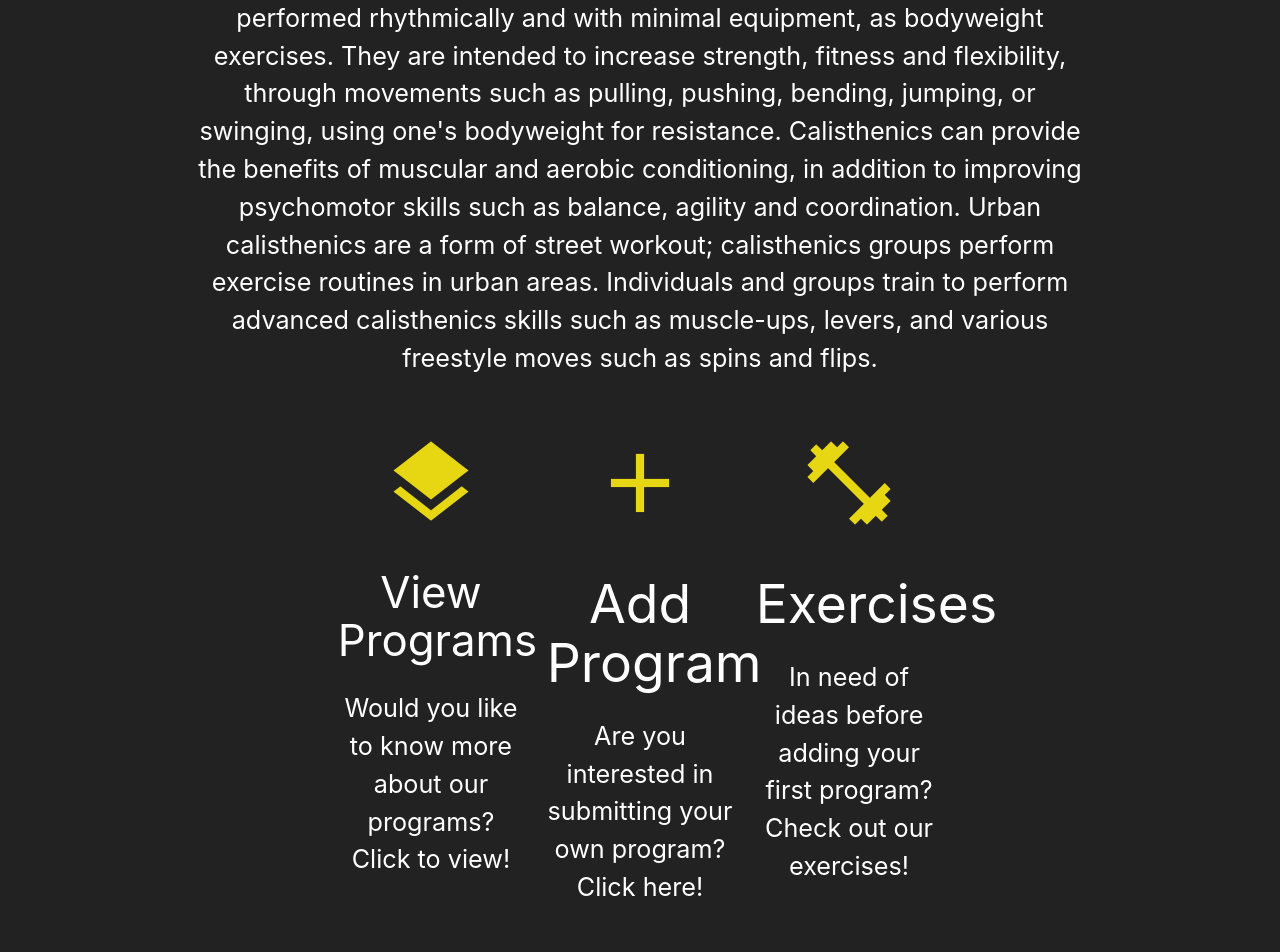
Repository: Ario124/calisthenics-project
Page: http://localhost/
The author's editor kept a record of every edit. The page is drawn from the files as they stood at one moment, then again after the next edit.
The browser window is 1280 px wide. The pictures show the part of the page from y = 1034 to 1986 px (the page is 1986 px tall before and 1965 px after).
The page is served by the project's application, run on Flask 3 (app.py).

Above is the page before.

After the next edit:
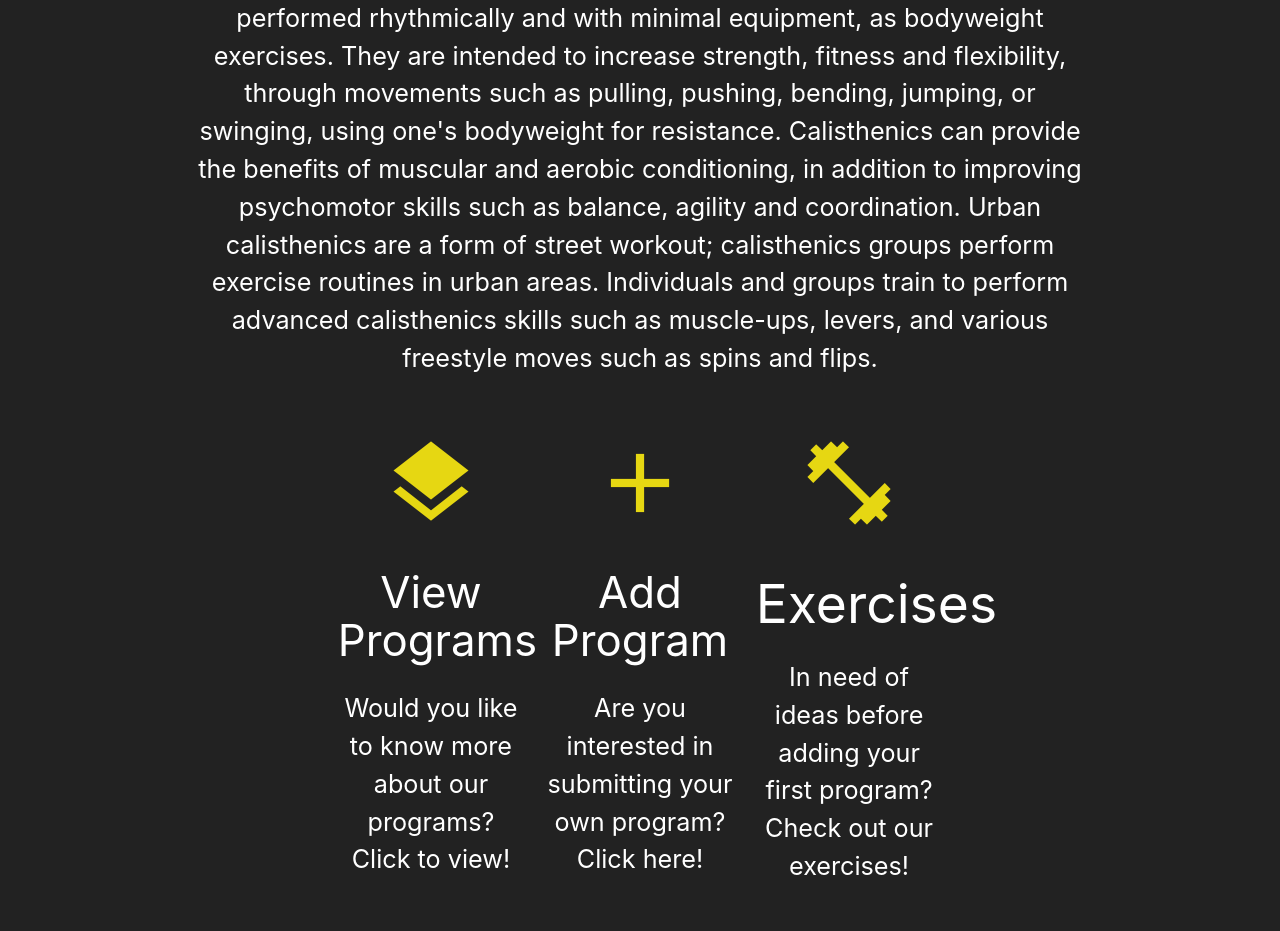
The edit:
--- a/templates/index.html
+++ b/templates/index.html
@@ -59,7 +59,7 @@
       </div>
       <div class="col s4">
           <i class="material-icons icon-size icon-color">add</i>
-        <h2>Add Program</h2>
+        <h3>Add Program</h3>
         <p class="flow-text">Are you interested in submitting your own program? Click here!</p>
       </div>
       <div class="col s4">
